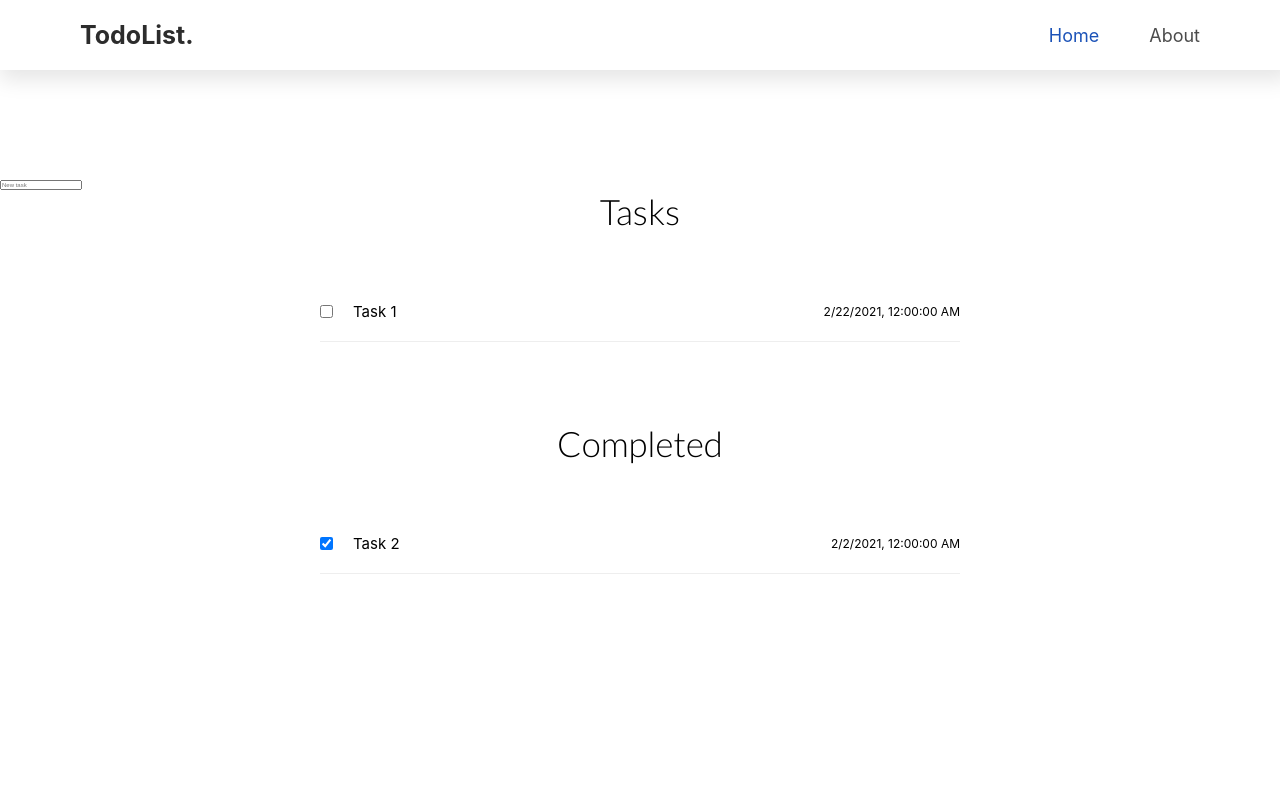
Repository: dqhuy153/react-todoList
Page: /
These files come from the project's save history. The page is drawn as it stood at one moment and after the next save; the edit follows.
The browser window is 1280 px wide. The pictures show the whole page.
The project was rebuilt for these pictures with package versions that can differ from the ones it lists, and the page was loaded fresh each time. Also part of the build but not shown: src/components/UI/LoadingSpinner.module.scss.

Above is the page before, as saved 2021-09-16 21:56:16.

After the next save:
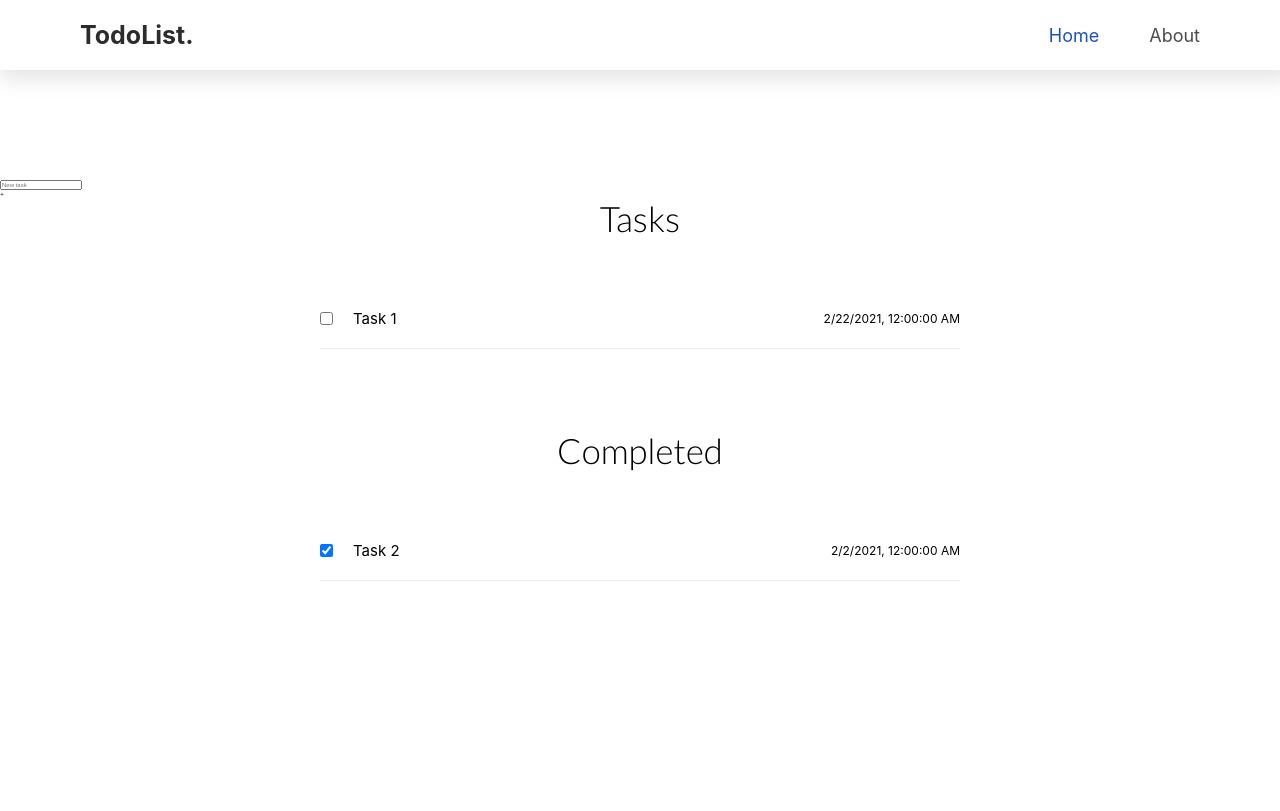
Saved 9 s later.
--- a/src/components/pages/Home.js
+++ b/src/components/pages/Home.js
@@ -36,6 +36,7 @@
     <div className={styles.container}>
       <div className={styles.add}>
         <input placeholder="New task" />
+        <p>+</p>
       </div>
       <h1>Tasks</h1>
       <TodoList

After the save that followed:
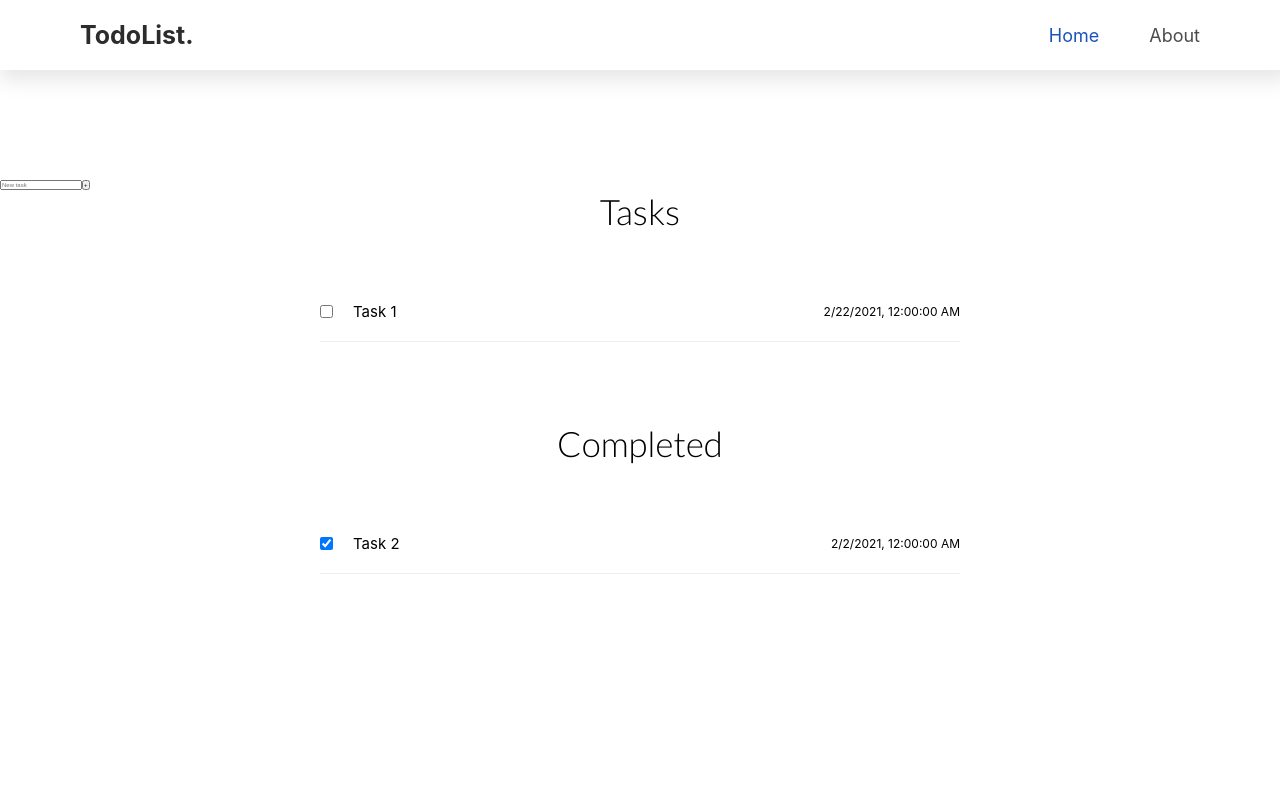
Saved 41 s later.
--- a/src/components/pages/Home.js
+++ b/src/components/pages/Home.js
@@ -36,7 +36,7 @@
     <div className={styles.container}>
       <div className={styles.add}>
         <input placeholder="New task" />
-        <p>+</p>
+        <button>+</button>
       </div>
       <h1>Tasks</h1>
       <TodoList
